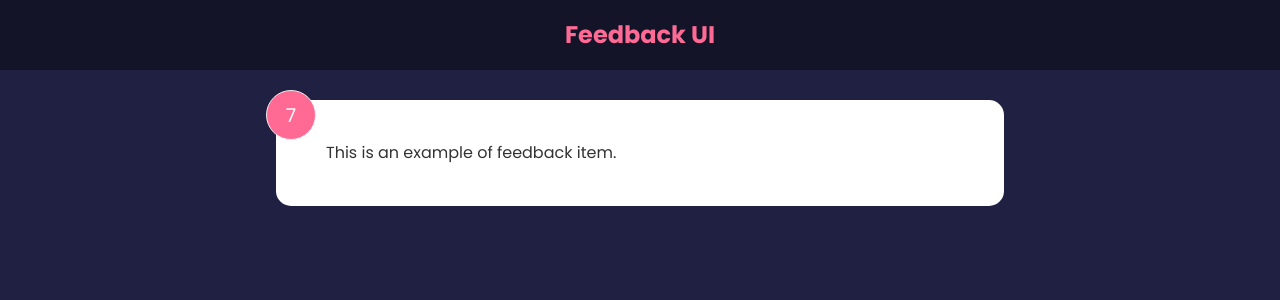
Repository: Lithium87/feedback-app
Page: / (app in client/)
The author's editor kept a copy of each file at every save. The page is drawn from the files as they stood at one save, then again after the next save.
The browser window is 1280 px wide. The pictures show the whole page.
The project was rebuilt for these pictures with package versions that can differ from the ones it lists, and the page was loaded fresh each time.

Above is the page before, as saved 2022-05-25 20:53:42.

After the next save:
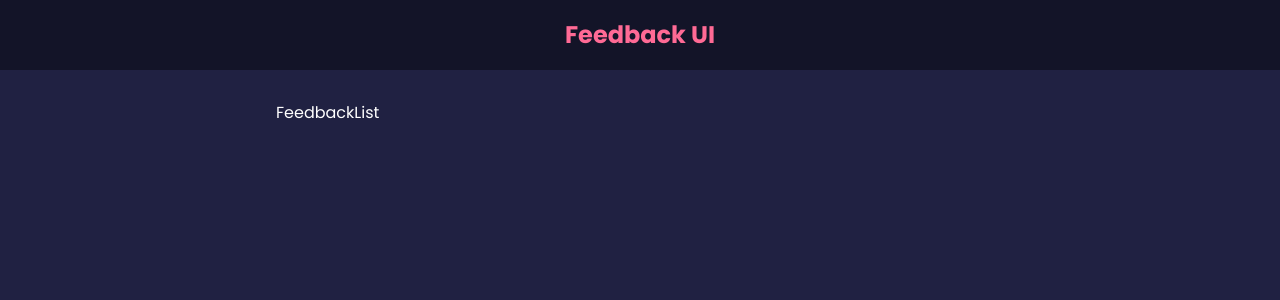
Saved 22 s later.
--- a/client/src/App.js
+++ b/client/src/App.js
@@ -1,6 +1,6 @@
 import React, {useState} from 'react';
 import Header from './components/Header';
-import FeedbackItem from './components/FeedbackItem';
+import FeedbackList from './components/FeedbackList';
 import FeedbackData from './data/FeedbackData';
 
 const App = () => {
@@ -10,7 +10,7 @@ const App = () => {
     <React.Fragment>
       <Header />
       <div className="container">
-        <FeedbackItem />
+        <FeedbackList />
       </div>
     </React.Fragment>
   );
